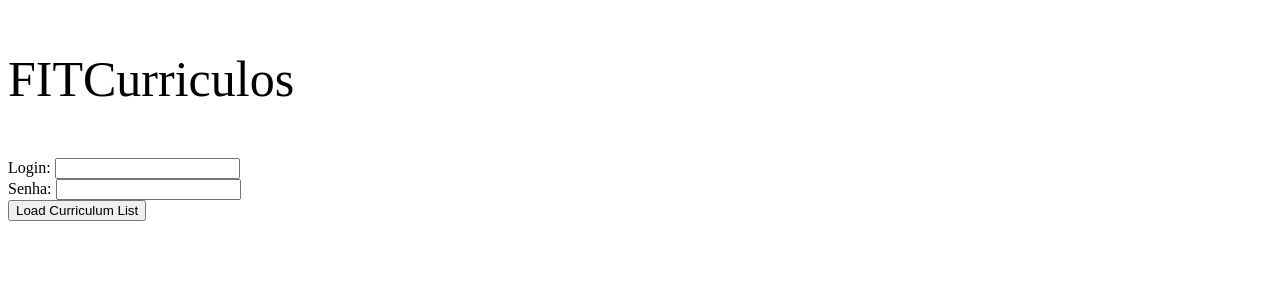
Repository: danielcp10/fitcurriculos
Page: http://localhost/FitCurriculos/Login.jsp
An editor plug-in stored every save of this project. The page is shown before and after the next save, followed by the edit.
The browser window is 1280 px wide. The pictures show the whole page.
The page is served by Tomcat 9.

Above is the page before, as saved 2019-11-11 12:41:41.

After the next save:
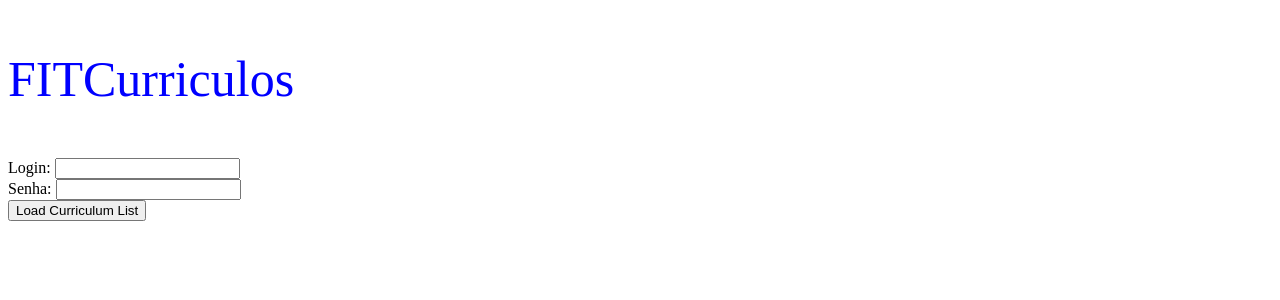
Saved 15 s later.
--- a/FitCurriculos/src/main/webapp/Login.jsp
+++ b/FitCurriculos/src/main/webapp/Login.jsp
@@ -8,7 +8,7 @@
 	</head>
 	<body>
 		<form method = "post" action="ShowCurriculum">
-			<p style="font-size:50px;">FITCurriculos</p>
+			<p style="font-size:50px;color:blue;">FITCurriculos</p>
 
 			Login:
 			<input type="text" value = "" name = "Login"><br/>
